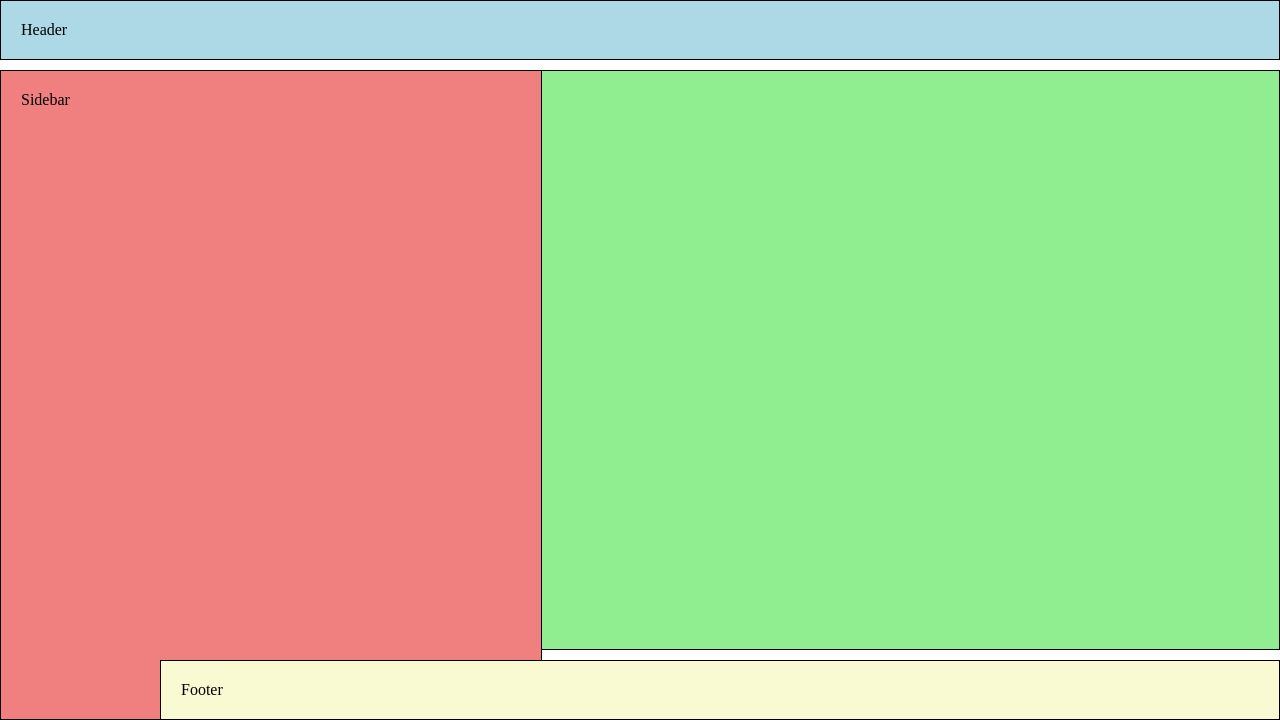
Repository: gustavotwist/desafio-grid
Page: assets/index.html
These files come from the project's save history. The page is drawn as it stood at one moment and after the next save; the edit follows.
The browser window is 1280 px wide. The pictures show the whole page.

Above is the page before, as saved 2024-08-13 19:55:53.

### assets/index.html
<!DOCTYPE html>
<html lang="pt-BR">
<head>
    <meta charset="UTF-8">
    <meta name="viewport" content="width=device-width, initial-scale=1.0">
    <title>Desafio Grid</title>
    <link rel="stylesheet" href="css/style.css">
</head>
<body>
    <div class="container">
        <header>Header</header>
        <main class="content">Main Content
            <article>1</article>
            <article>2</article>
            <article>3</article>
            <article>4</article>
            <article>5</article>
        </main>
        <aside>Sidebar</aside>
        <footer>Footer</footer>
    </div>

</body>
</html>

### assets/css/style.css
html, body {
    height: 100%;
    margin: 0;
}

.container {
    display: grid;
    height: 100%;
    grid-template-columns: 150px 1fr 1fr 1fr;
    grid-template-rows: auto 1fr auto;
    grid-template-areas:
        "header header header header"
        "sidebar main main main"
        "sidebar footer footer footer";
    gap: 10px; /* Espaçamento entre os itens */
}

header {
    grid-area: header;
    background-color: lightblue;
}
aside {
    grid-area: sidebar;
    width:500px;
    background-color: lightcoral;
}
main {
    grid-area: main;
    background-color: lightgreen;

}
footer {
    grid-area: footer;
    background-color: lightgoldenrodyellow;
}

/* Estilizações adicionais para melhor visualização */
header, aside, main, footer {
    padding: 20px;
    border: 1px solid #000;
}

After the next save:
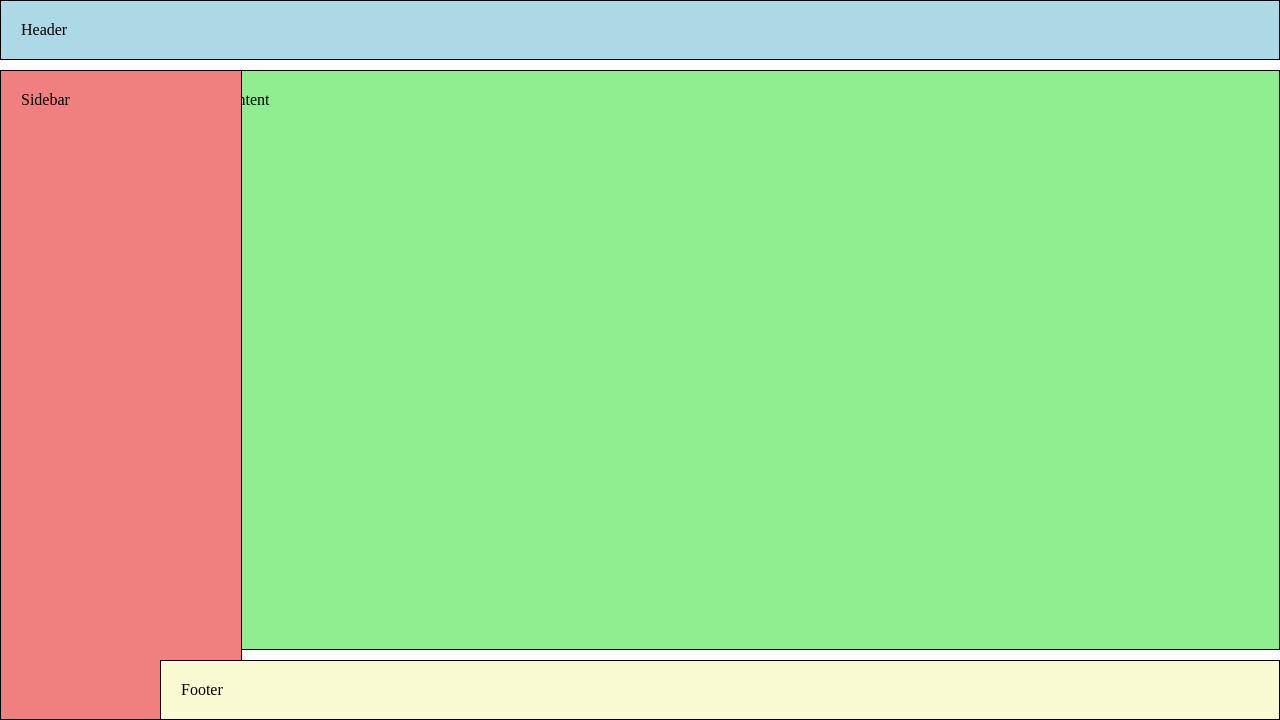
Saved 4 s later.
--- a/assets/css/style.css
+++ b/assets/css/style.css
@@ -21,7 +21,7 @@
 }
 aside {
     grid-area: sidebar;
-    width:500px;
+    width:200px;
     background-color: lightcoral;
 }
 main {
